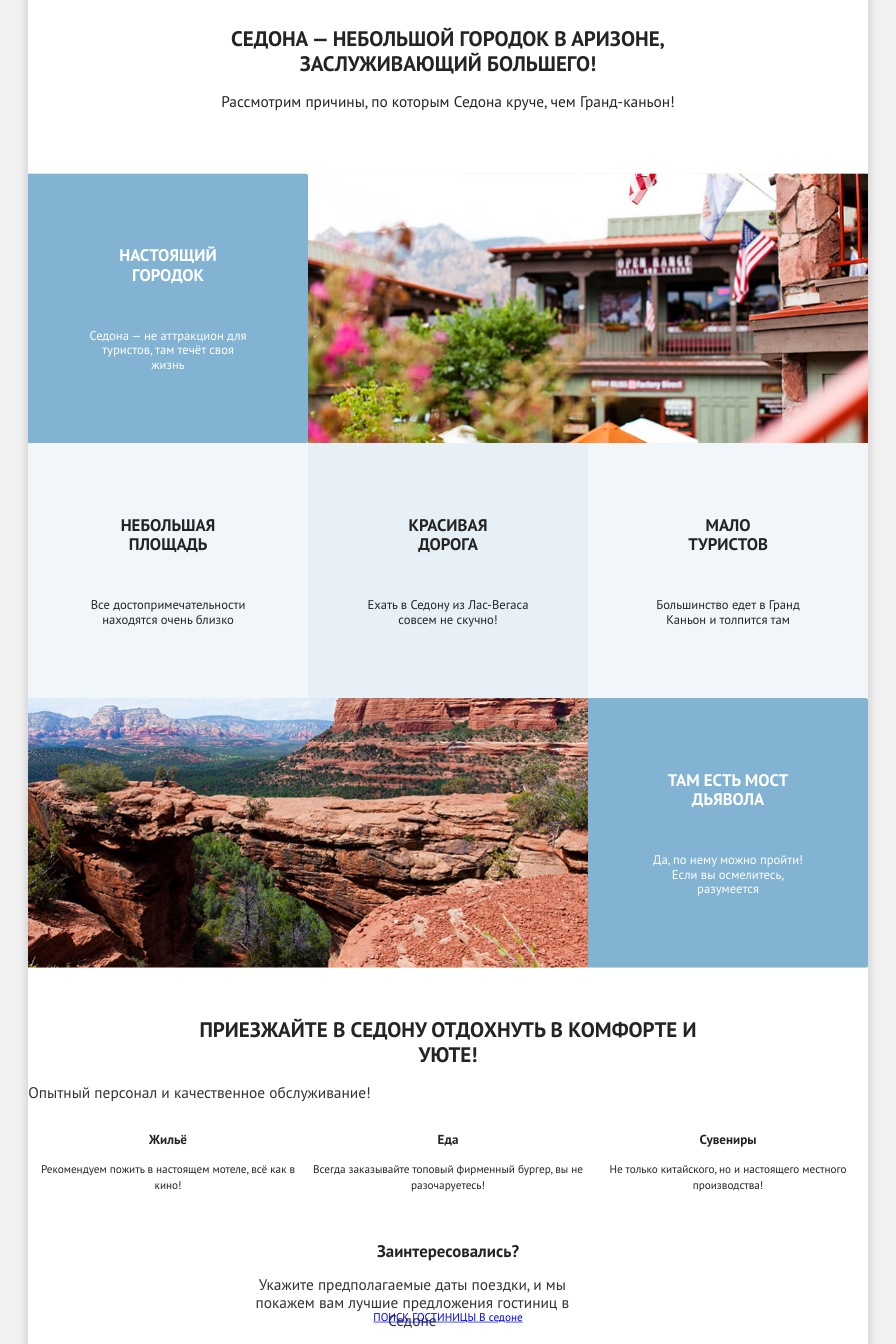
Repository: zakhgagne/2512253-sedona-1
Page: index.html
These files come from the project's save history. The page is drawn as it stood at one moment and after the next save; the edit follows.
The browser window is 1280 px wide. The pictures show the part of the page from y = 583 to 2503 px (the page is 3184 px tall before and 3223 px after), at 70% of full size.

Above is the page before, as saved 2024-05-11 14:19:58.

### index.html
<!DOCTYPE html>
<html lang="ru">

  <head>
    <meta charset="utf-8">
    <title>Сайт города Седона</title>
    <link rel="stylesheet" href="styles/styles.css">
  </head>

  <body>
    <div class="container">
      <header class="header">
        <a class="logo-link" href="#">
          <img class="logo-image" src="./images/logo.svg" alt="Любимая Седона" width="" height="">
        </a>
        <nav class="navigation">
          <ul class="main-menu">
            <li class="menu-item">
              <a href="./index.html" class="menu-link">Главная</a>
            </li>
            <li class="menu-item">
              <a href="#" class="menu-link">О Седоне</a>
            </li>
            <li class="menu-item">
              <a href="./catalog.html" class="menu-link">Гостиницы</a>
            </li>
          </ul>
          <ul class="user-menu">
            <li class="user-menu-item">
              <a href="#" class="user-menu-link">
                <span class="visually-hidden">Поиск</span>
              </a>
            </li>
            <li class="user-menu-item">
              <a href="#" class="user-menu-link">
                <span class="visually-hidden">Избранное</span>
                <span class="like-number">12</span>
              </a>
            </li>
            <li class="user-menu-item">
              <a href="#" class="user-menu-link">Хочу сюда!</a>
            </li>
          </ul>
        </nav>
      </header>
      <main class="main-container">
        <h1 class="visually-hidden">Cайт города Седона</h1>
        <section class="welcome">
          <h2 class="visually-hidden">Приглашение</h2>
          <img src="./images/welcome.svg" class="welcome-image" width="" height="" alt="Welcome">
        </section>

        <section class="city">
          <h2 class="city-title">Седона — небольшой городок в Аризоне, заслуживающий большего!</h2>
          <p class="city-subtitle">Рассмотрим причины, по которым Седона круче, чем Гранд-каньон!</p>

          <ul class="reason-list">
            <li class="reason-item reason-item-special">
              <div class="reason-container">
                <h3 class="reason-title">Настоящий городок</h3>
                <p class="reason-text">Седона — не аттракцион для туристов, там течёт своя жизнь</p>
              </div>
              <img src="./images/photo-1.jpg" class="reason-image" width="" height="">
            </li>
            <li class="reason-item">
              <div class="reason-container">
                <h3 class="reason-title">Небольшая площадь</h3>
                <p class="reason-text">Все достопримечательности находятся очень близко</p>
              </div>
            </li>
            <li class="reason-item">
              <div class="reason-container">
                <h3 class="reason-title">Красивая дорога</h3>
                <p class="reason-text">Ехать в Седону из Лас-Вегаса совсем не скучно!</p>
              </div>
            </li>
            <li class="reason-item">
              <div class="reason-container">
                <h3 class="reason-title">Мало туристов</h3>
                <p class="reason-text">Большинство едет в Гранд Каньон и толпится там</p>
              </div>
            </li>
            <li class="reason-item reason-item-special">
              <img src="./images/photo-2.jpg" class="reason-image" width="" height="">
              <div class="reason-container">
                <h3 class="reason-title">Там есть мост дьявола</h3>
                <p class="reason-text">Да, по нему можно пройти! Если вы осмелитесь, разумеется</p>
              </div>
            </li>
          </ul>
        </section>

        <section class="city-welcome">
          <h2 class="desription">Приезжайте в Седону отдохнуть в комфорте и уюте!</h2>
          <p class="simple-text">Опытный персонал и качественное обслуживание!</p>

          <ul class="comfort-list">
            <li class="comfort-item">
              <h3 class="comfort-title">Жильё</h3>
              <p class="comfort-text">Рекомендуем пожить в настоящем мотеле, всё как в кино!</p>
            </li>
            <li class="comfort-item">
              <h3 class="comfort-title">Еда</h3>
              <p class="comfort-text">Всегда заказывайте топовый фирменный бургер, вы не разочаруетесь!</p>
            </li>
            <li class="comfort-item">
              <h3 class="comfort-title">Сувениры</h3>
              <p class="comfort-text">Не только китайского, но и настоящего местного производства!</p>
            </li>
          </ul>
        </section>

        <section class="interest">
          <h2 class="desription">Заинтересовались?</h2>
          <p class="simple-text">Укажите предполагаемые даты поездки, и мы покажем вам лучшие предложения гостиниц в
            Седоне</p>
          <a href="#" class="button-search-motel">ПОИСК ГОСТИНИЦЫ В седоне</a>
        </section>

      </main>

      <footer>
        <section class="news-letter">
          <h2 class="desription">Подпишитесь на рассылку</h2>
          <p class="simple-text">Только полезная информация и никакого спама, честное бойскаутское!</p>

          <form class="subscribe-form" action="https://echo.htmlacademy.ru/" method="post">
            <input class="field" placeholder="Ваш e-mail" type="email" name="distribution-email" required>
            <button class="subscribe-form-button" type="submit">Подписаться</button>
          </form>
        </section>
        <div class="footer-container">
          <section class="contacts">
            <h2 class="visually-hidden">Контакты</h2>
            <ul class="contact-list">
              <li class="contact-list-item">
                <a href="#" class="contact-list-link">
                  <p class="visually-hidden">Вконтакте</p>
                </a>
              </li>
              <li class="contact-list-item">
                <a href="#" class="contact-list-link">
                  <p class="visually-hidden">Телеграм</p>
                </a>
              </li>
              <li class="contact-list-item">
                <a href="#" class="contact-list-link">
                  <p class="visually-hidden">Ютуб</p>
                </a>
              </li>
            </ul>
            <a class="footer-contacts-address-phone" href="tel:+78005558628">+7 800 555-86-28</a>
            <a class="htmlacademy-link" href="https://htmlacademy.ru/">
              <img src="./images/logo-academy.svg" width="" height="" alt="Академия">
            </a>
          </section>
        </div>
      </footer>
    </div>
  </body>

</html>

### styles/styles.css
@font-face {
  font-family: "PT Sans";
  font-style: normal;
  font-weight: 400;
  src: url("../fonts/ptsans-400.woff2") format("woff2");
  font-display: swap;
}

@font-face {
  font-family: "PT Sans";
  font-style: normal;
  font-weight: 700;
  src: url("../fonts/ptsans-700.woff2") format("woff2");
  font-display: swap;
}


body {
  margin: 0;
  font-family: "PT Sans", "Arial", sans-serif;
  font-size: 16px;
  line-height: 24px;
  color: #242424;
  background-color: #f2f2f2;
}

.visually-hidden {
  display: none;
}

.container {
  width: 1200px;
  margin: 0 auto;
  background-color: #ffffff;
  box-shadow: 0 0 15px rgba(0, 0, 0, 0.2);
}

.header {
  background-color: #ffffff;
  position: relative;
  padding: 0 68px 0 238px;
}

.logo-link {
  position: absolute;
  top: 0;
  left: 70px;
}

.logo-image {}

.navigation {
  display: flex;
  justify-content: space-between;
}

.main-menu {
  padding: 0;
  margin: 0;
  list-style: none;
  display: flex;
  width: 500px;
  flex-wrap: wrap;
}

.menu-item {}

.menu-link {
  font-size: 20px;
  font-weight: 700;
  line-height: 24px;
  color: #000000;
  text-decoration: none;
  display: block;
  padding: 20px 16px;

}

.menu-item:nth-child(1) {
  /* background-color: red; */
}

.menu-item:nth-child(2) {
  /* background-color: blue; */
}

.menu-item:nth-child(3) {
  /* background-color: red; */
}

.user-menu {
  padding: 0;
  margin: 0;
  list-style: none;
  display: flex;
}

.welcome {
  background-color: #aec5d1;
  background-image: url("../images/white-crown.svg"), url("../images/index-background.jpg");
  background-repeat: no-repeat;
  background-position: center bottom, center top;
  background-size: 1200px 57px, cover;
  padding-top: 51px;
  padding-bottom: 82px;
  min-height: 352px;
}

.welcome-image {
  display: block;
  margin: 0 auto;
}

.city {
  text-align: center;
  padding-top: 70px;
}

.city-title {
  padding: 0;
  margin: 0 auto 24px;
  font-size: 30px;
  font-weight: 700;
  line-height: 36px;
  text-transform: uppercase;
  width: 750px;

}

.city-subtitle {
  padding: 0;
  margin: 0 auto 90px;
  font-size: 22px;
  font-weight: 400;
  line-height: 26px;
  width: 750px;
}

.reason-list {
  display: flex;
  justify-content: space-between;
  text-align: center;
  padding: 0;
  margin: 0;
  list-style: none;
  flex-wrap: wrap;
}

.reason-item {
  display: flex;
  background-color: bisque;
}

.reason-container {
  width: 400px;
  padding-top: 103px;
  padding-bottom: 102px;
}

.reason-title {
  margin: 0 auto 61px;
  padding: 0;
  font-size: 24px;
  font-weight: 700;
  line-height: 28px;
  width: 175px;
  text-transform: uppercase;

}

.reason-text {
  padding: 0;
  margin: 0 auto;
  font-size: 18px;
  font-weight: 400;
  line-height: 21px;
  width: 231px;
}

.reason-item:nth-child(2n) {
  background-color: #f0f6fa;
}
.reason-item:nth-child(3n) {
  background-color: #e6f0f6;
}
.reason-item-special .reason-container {
  background-color: #82B3D3;
  border-radius: 0px 4px 4px 0px;
  color: #FFFFFF;

}

.comfort-list {
  display: flex;
  justify-content: space-between;
  text-align: center;
  padding: 0;
  margin: 0;
  list-style: none;
}

.comfort-item {
  width: 400px;
}

.interest {
  text-align: center;
  margin: 54px auto;
  height: 214px;
  width: 592px;
}

.desription {
  padding: 0;
  margin: 0;
}

.footer-container {
  display: flex;
  margin: 0 auto;
}


.news-letter {
  background-image: url("../images/subscribe.jpg");
  background-repeat: no-repeat;
  min-height: 414px;
  text-align: center;

  /*width: 684px;*/
}

.city-welcome  {
  text-align: center;
  padding-top: 70px;
}
.city-welcome .desription {
  padding: 0;
    margin: 0 auto 24px;
    font-size: 30px;
    font-weight: 700;
    line-height: 36px;
    text-transform: uppercase;
    width: 750px;
}

.simple-text {
width: 490px;
  height: 26px;

  /* Texts/Text basic */


  font-weight: 400;
  font-size: 22px;
  line-height: 26px;
  /* identical to box height, or 118% */
  text-align: center;

  /* Texts/second */
  color: #333333;
}

After the next save:
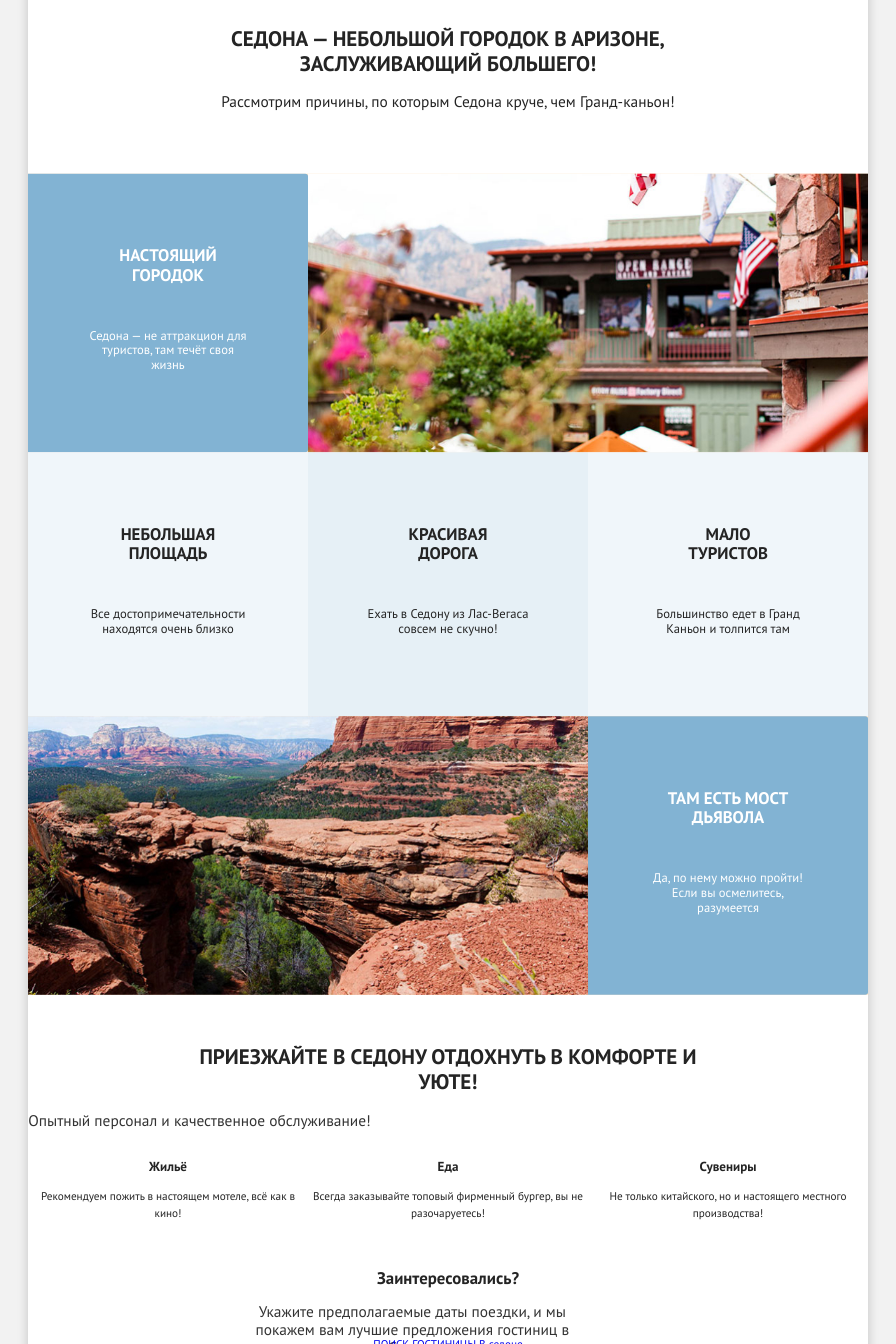
Saved 15 min 30 s later.
--- a/styles/styles.css
+++ b/styles/styles.css
@@ -154,7 +154,7 @@
 .reason-container {
   width: 400px;
   padding-top: 103px;
-  padding-bottom: 102px;
+  padding-bottom: 115px;
 }
 
 .reason-title {

After the save that followed:
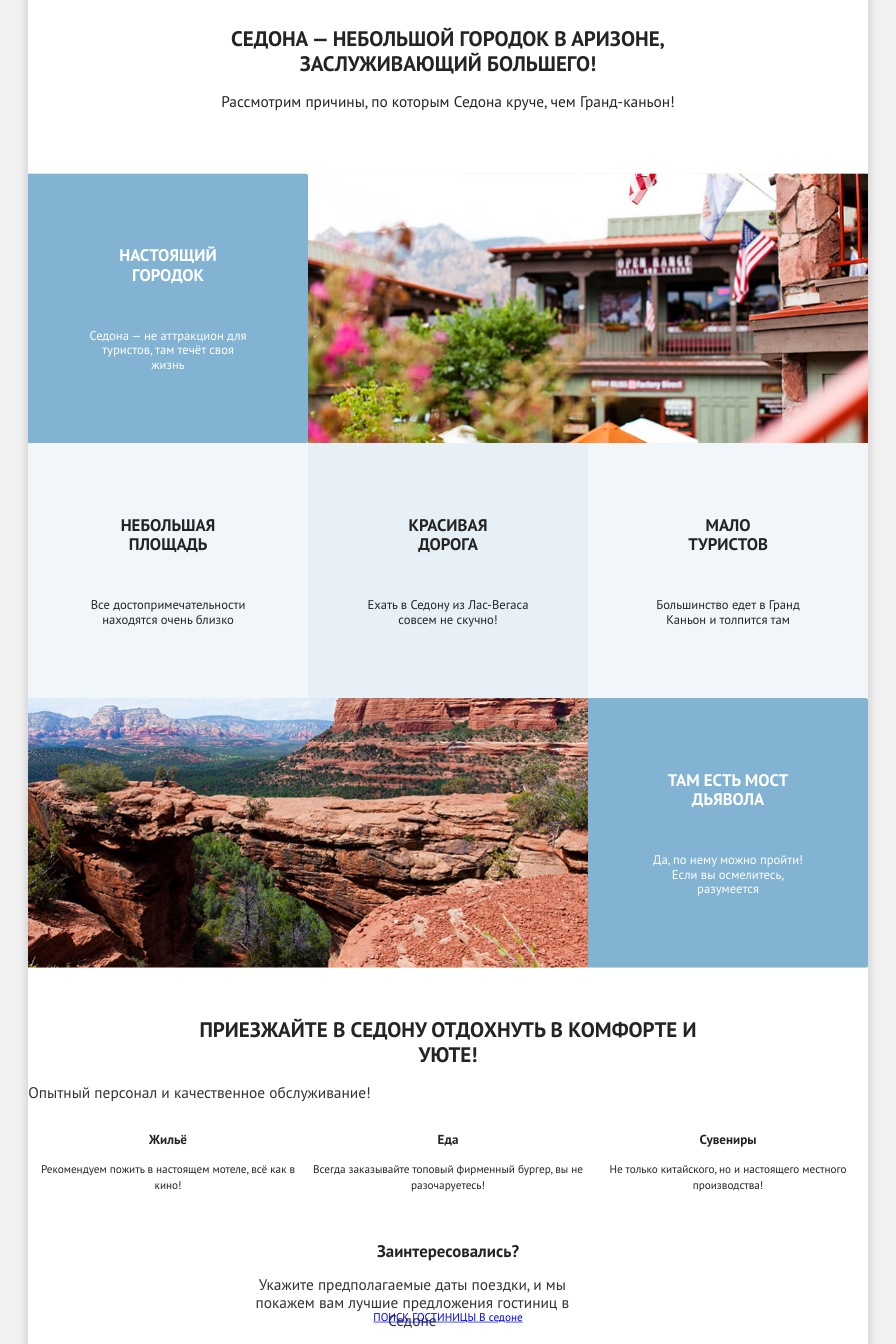
Saved 47 s later.
--- a/styles/styles.css
+++ b/styles/styles.css
@@ -154,7 +154,7 @@
 .reason-container {
   width: 400px;
   padding-top: 103px;
-  padding-bottom: 115px;
+  padding-bottom: 102px;
 }
 
 .reason-title {
